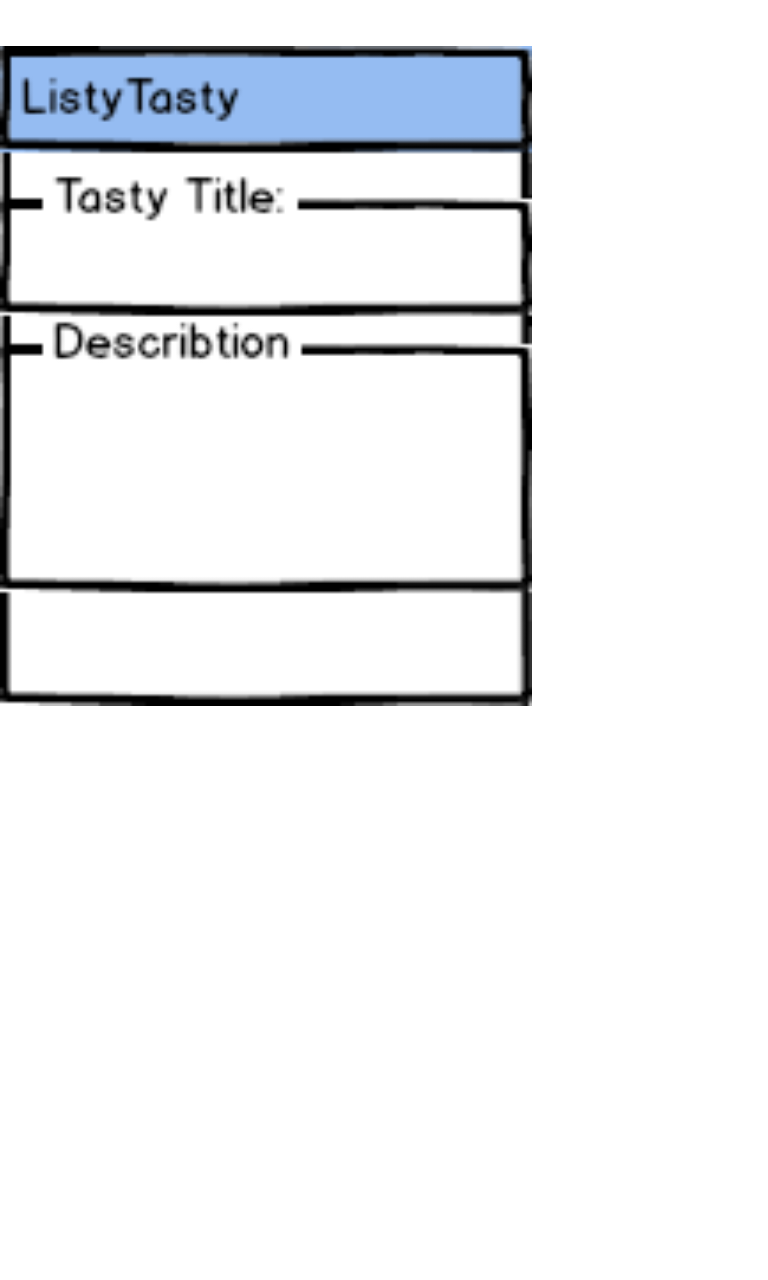
Repository: yj354/alwaysonworkspace
Layout: ListyTasky001/res/layout/activity_2_0.xml
The author's editor kept a copy of each file at every save. The layout is drawn from the files as they stood at one save, then again after the next save.
It is drawn on a 768 x 1280 px phone screen (xhdpi) without system bars, with theme AppTheme; the app's code is not run.

Above is the layout before, as saved 2014-02-23 15:09:21.

After the next save:
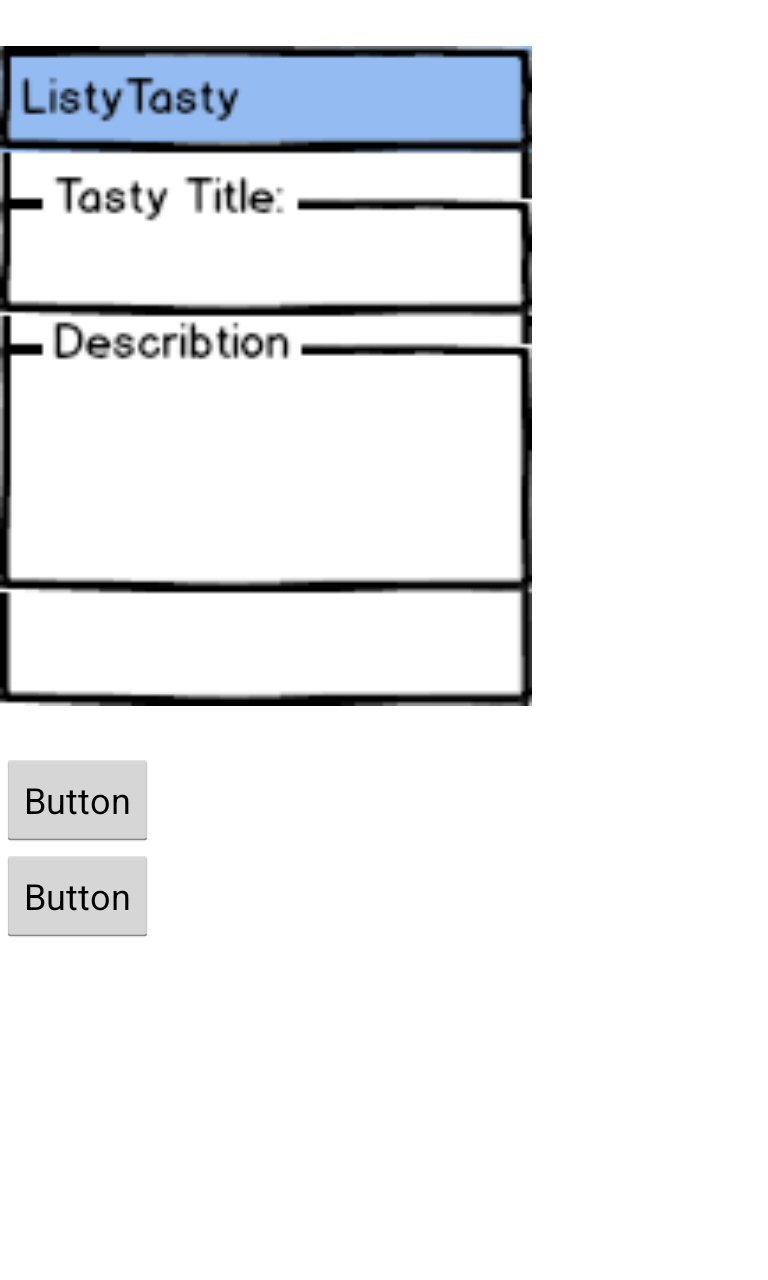
Saved 2 min 22 s later.
--- a/ListyTasky001/res/layout/activity_2_0.xml
+++ b/ListyTasky001/res/layout/activity_2_0.xml
@@ -10,4 +10,16 @@
         android:layout_height="376dp"
         android:src="@drawable/layout20" />
 
+    <Button
+        android:id="@+id/button2.0"
+        android:layout_width="wrap_content"
+        android:layout_height="wrap_content"
+        android:text="Button" />
+
+    <Button
+        android:id="@+id/button2.1"
+        android:layout_width="wrap_content"
+        android:layout_height="wrap_content"
+        android:text="Button" />
+
 </LinearLayout>
